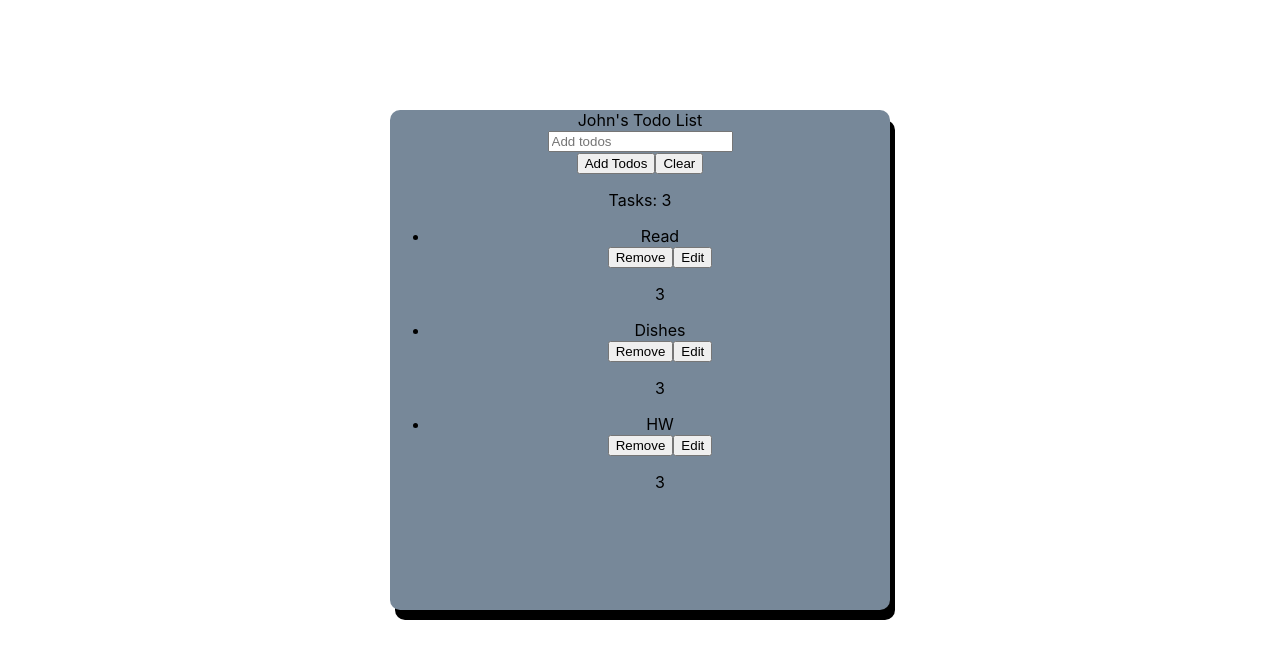
Repository: JohnKang0720/Simple-Todo-List
Page: /
An editor plug-in stored every save of this project. The page is shown before and after the next save, followed by the edit.
The browser window is 1280 px wide. The pictures show the whole page.
The project was rebuilt for these pictures with package versions that can differ from the ones it lists, and the page was loaded fresh each time.

Above is the page before, as saved 2021-05-27 18:37:54.

After the next save:
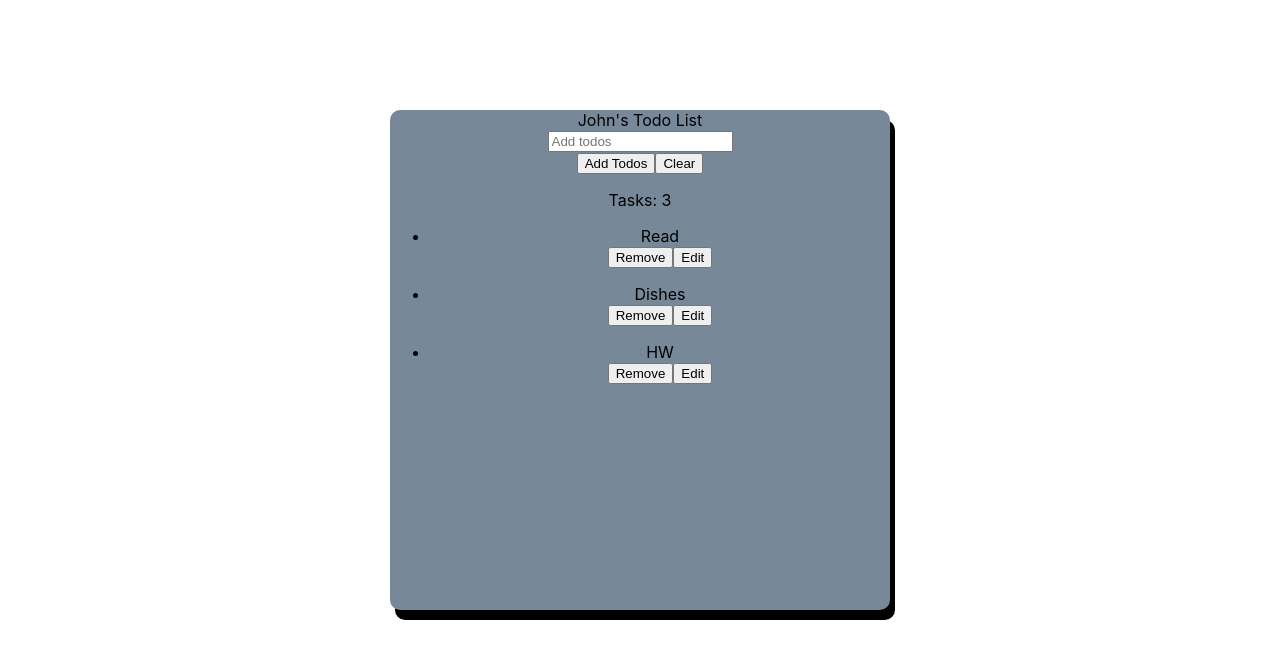
Saved 112 s later.
--- a/src/List.js
+++ b/src/List.js
@@ -12,7 +12,7 @@ function List({task, remove, length}) {
                 <button> Edit </button>
             </div>
         </li>
-        <p> {length}</p>
+      <p> {length < 1 ? "No Tasks" : ""} </p>
         </div>
 
 
